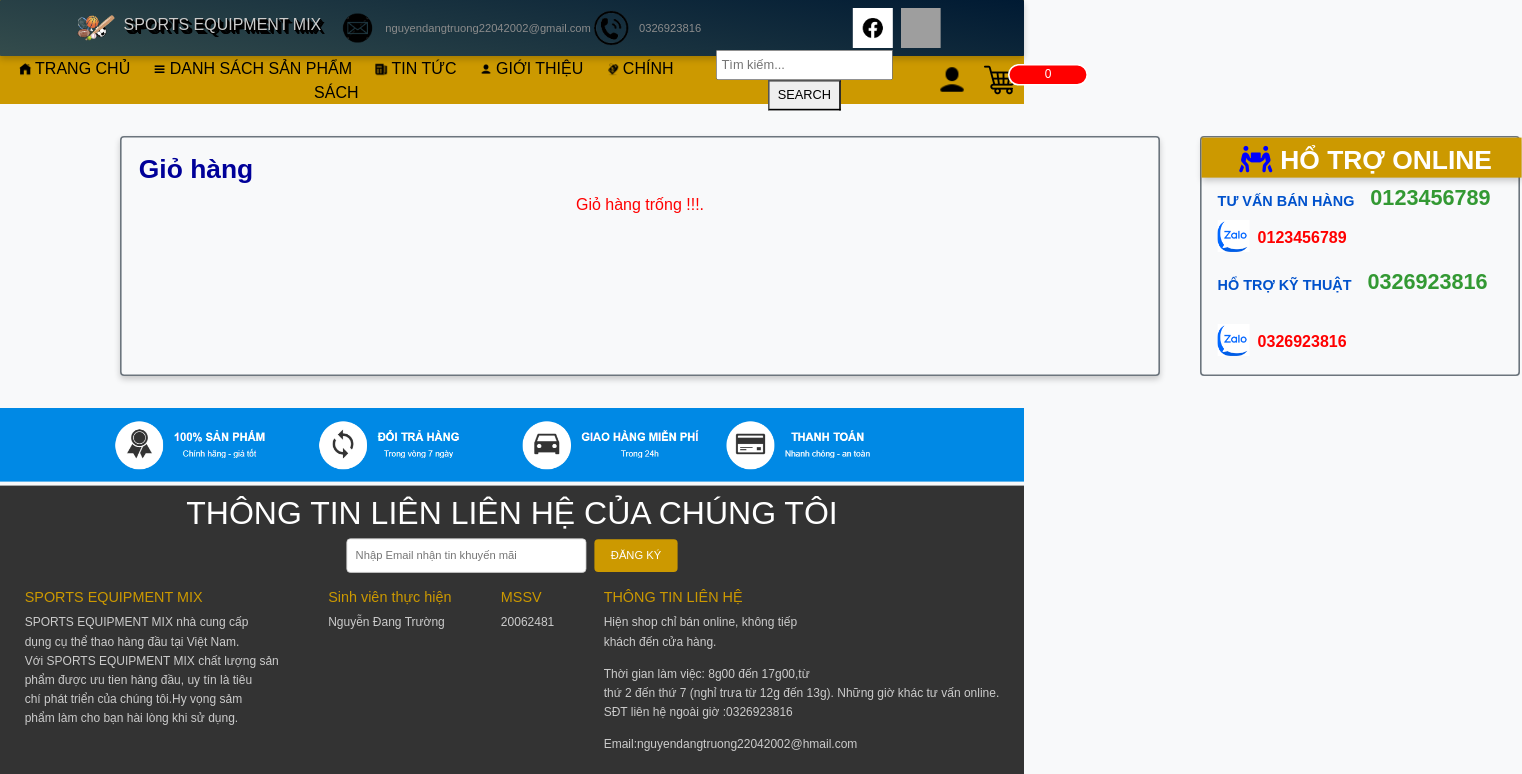
Repository: nguyendangtruong220420002/WWW-BanDungCuThietBiTheThao
Page: http://localhost/WebBanDungCuTheThao/Cart.jsp
The author's editor kept a copy of each file at every save. The page is drawn from the files as they stood at one save, then again after the next save.
The browser window is 1280 px wide. The page is 1902 px wide, so the pictures cover 1902 px, including what lies to the right of the window. The pictures show the whole page, at 80% of full size.
Pictures or frames that could not be fetched are drawn as grey boxes. The page is served by Tomcat 10. The template is opened directly, without the code that normally fills it, so the values that code supplies are empty.

Above is the page before, as saved 2024-07-23 11:00:12.

After the next save:
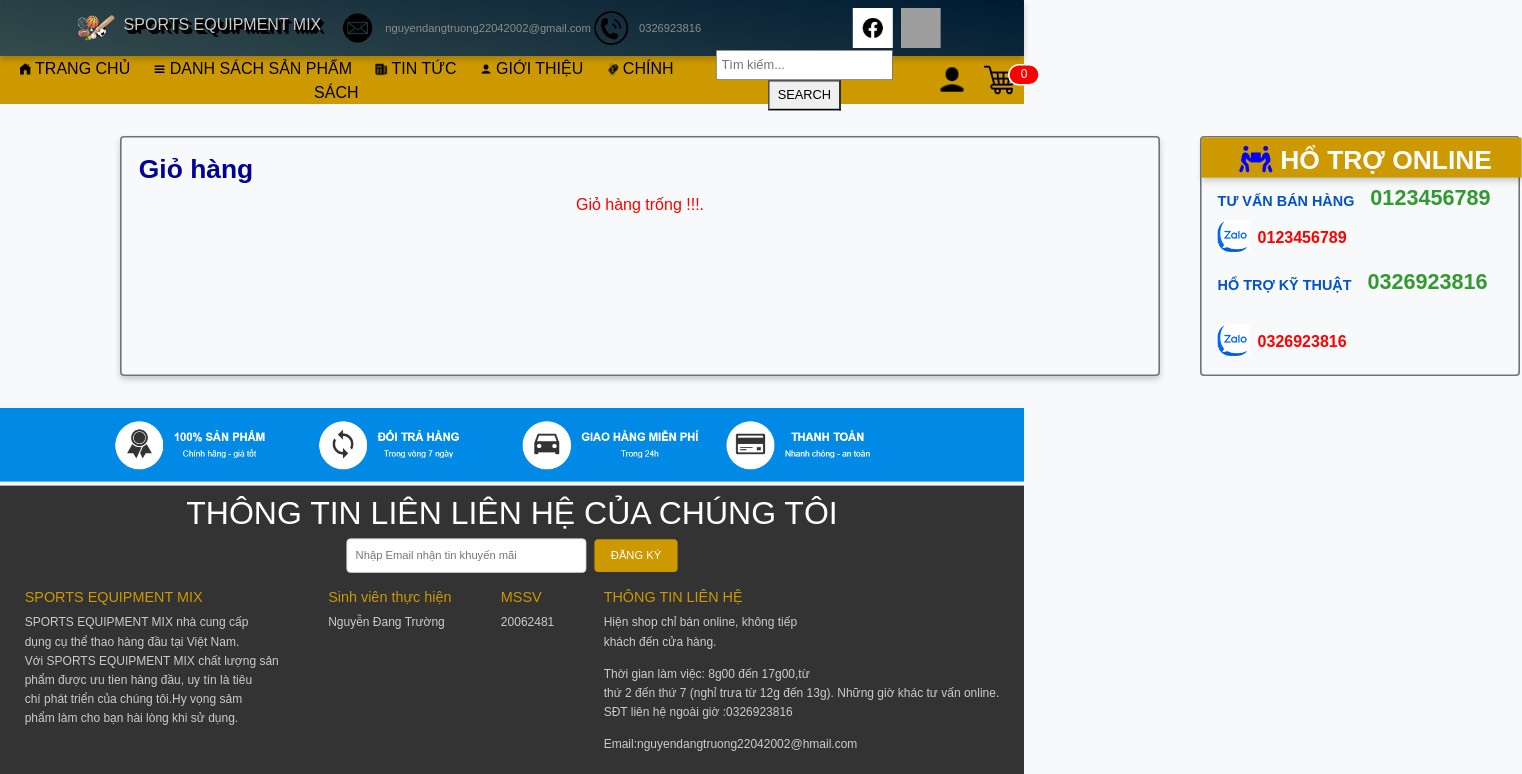
Saved 5 s later.
--- a/WebBanDungCuTheThao/src/main/webapp/Cart.jsp
+++ b/WebBanDungCuTheThao/src/main/webapp/Cart.jsp
@@ -392,7 +392,7 @@ footer form button {
 							<a href="Cart.jsp"><img alt="" src="IMG/cart.png"
 									style="height: 40px; width: 40px;"> </a>
 									<div style="border-radius: 15px; border: 2px solid #ffffff; position: absolute; margin-left: 30px;
-									background-color: red; width: 100px; height: auto ; max-width:auto; text-align: center; color: white; font-size: 15px
+									background-color: red; width: 40px; height: auto ; max-width:auto; text-align: center; color: white; font-size: 15px
 									">${fn:length(cart.carts)}</div>
 							</div>
 							</li>
